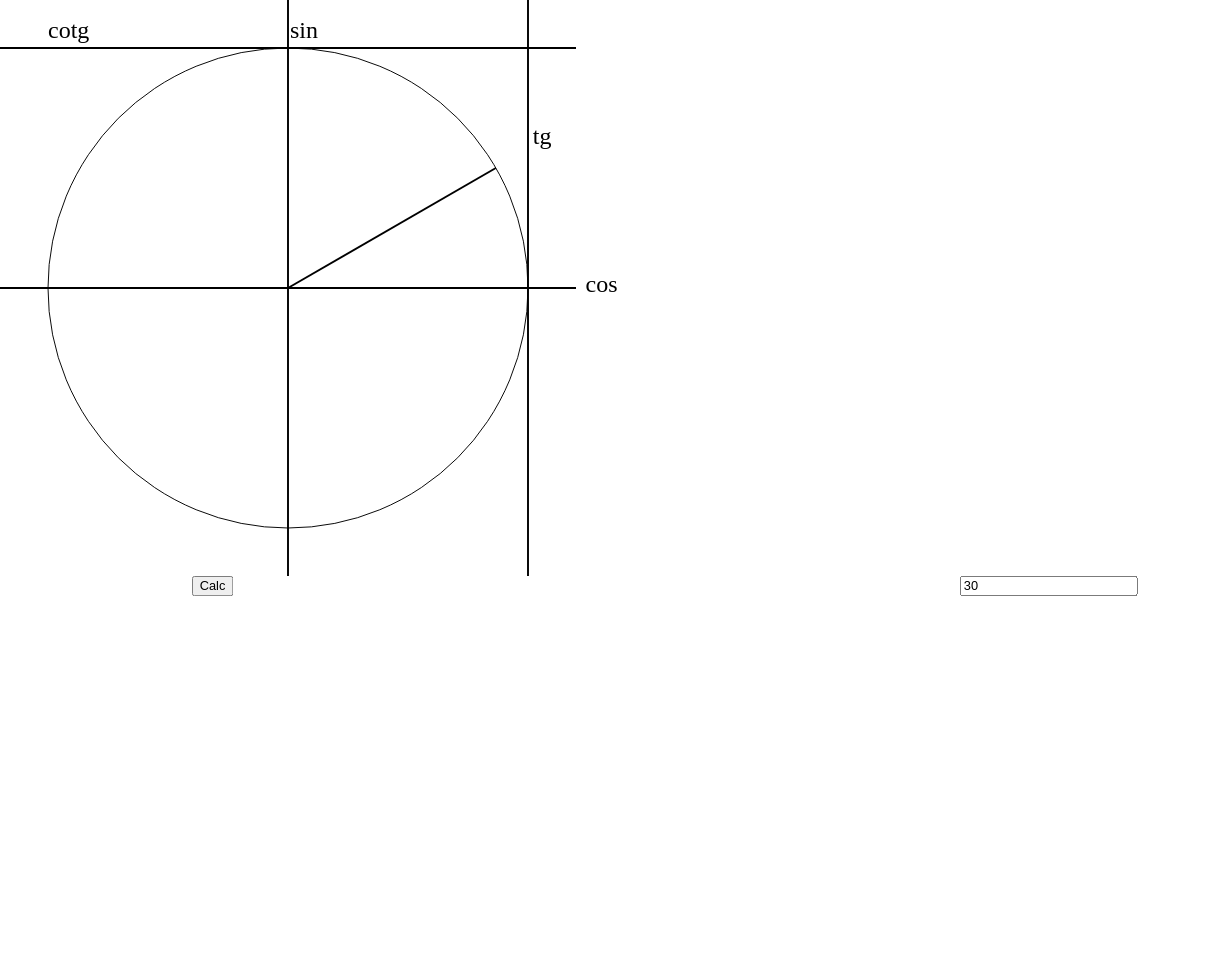
Repository: BraynStorm/braynstorm.github.io
Page: http://localhost/
An editor plug-in stored every save of this project. The page is shown before and after the next save, followed by the edit.
The browser window is 1280 px wide. The pictures show the whole page, at 96% of full size.
The page is run by PHP 8.4 with error messages shown; the project is at /var/www/html/.

Above is the page before, as saved 2015-02-24 12:57:55.

After the next save:
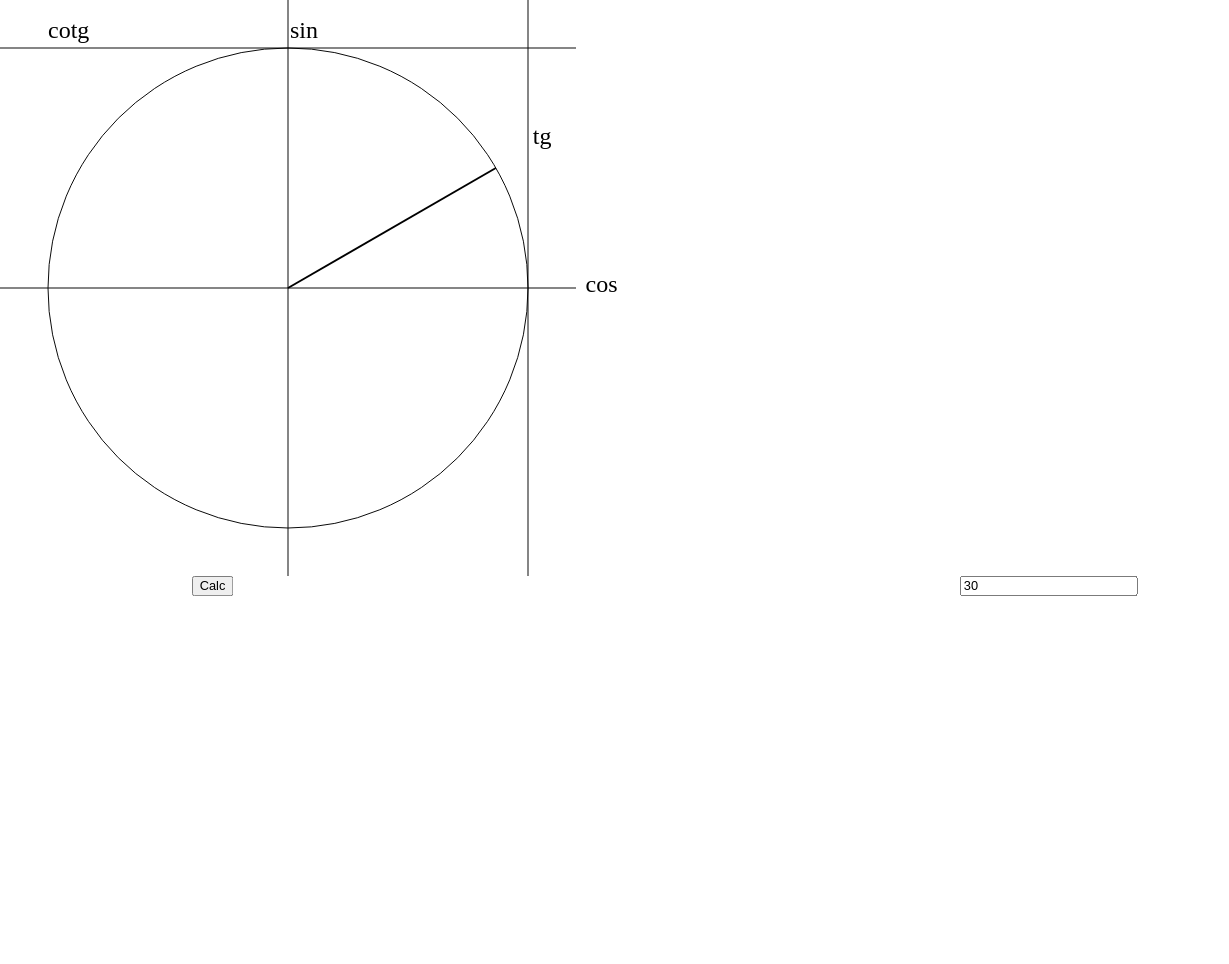
Saved 22 s later.
--- a/JSDrawing/index.php
+++ b/JSDrawing/index.php
@@ -12,11 +12,11 @@
 		<div id="content">
 			<svg width="1000" height="1000">
 				<circle id="mainCircle" cx="300" cy="300" r="250" fill="none" stroke="black" />
-				<line x1="300" y1="0" x2="300" y2="600" style="stroke:rgb(0,0,0);stroke-width:2;" id="sinLine" />
-				<line x1="0" y1="300" x2="600" y2="300" style="stroke:rgb(0,0,0);stroke-width:2;" id="cosLine" />
+				<line x1="300" y1="0" x2="300" y2="600" style="stroke:rgb(0,0,0);stroke-width:1;" id="sinLine" />
+				<line x1="0" y1="300" x2="600" y2="300" style="stroke:rgb(0,0,0);stroke-width:1;" id="cosLine" />
 
-				<line x1="550" y1="0" x2="550" y2="600" style="stroke:rgb(0,0,0);stroke-width:2;" id="tgLine" />
-				<line x1="0" y1="50" x2="600" y2="50" style="stroke:rgb(0,0,0);stroke-width:2;" id="cotgLine" />
+				<line x1="550" y1="0" x2="550" y2="600" style="stroke:rgb(0,0,0);stroke-width:1;" id="tgLine" />
+				<line x1="0" y1="50" x2="600" y2="50" style="stroke:rgb(0,0,0);stroke-width:1;" id="cotgLine" />
 
 				<text x="610" y="304" style="font-size:25px;">cos</text>
 				<text x="302" y="40" style="font-size:25px;">sin</text>
